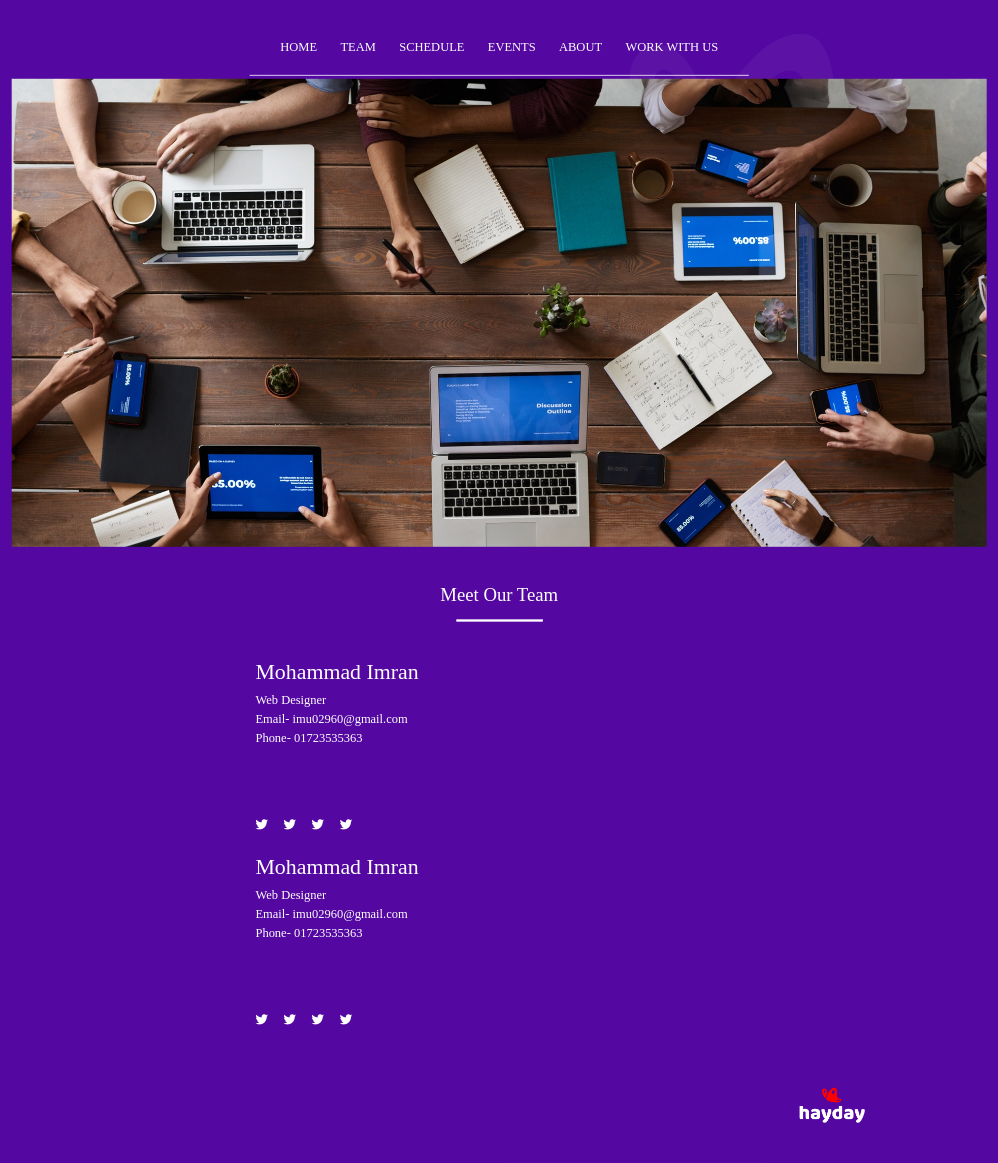
Repository: im1971/company-web
Page: team.html
An editor plug-in stored every save of this project. The page is shown before and after the next save, followed by the edit.
The browser window is 1280 px wide. The pictures show the whole page, at 78% of full size.
Some web fonts or font styles are not loaded; a fallback is used.

Above is the page before, as saved 2020-01-27 17:49:16.

After the next save:
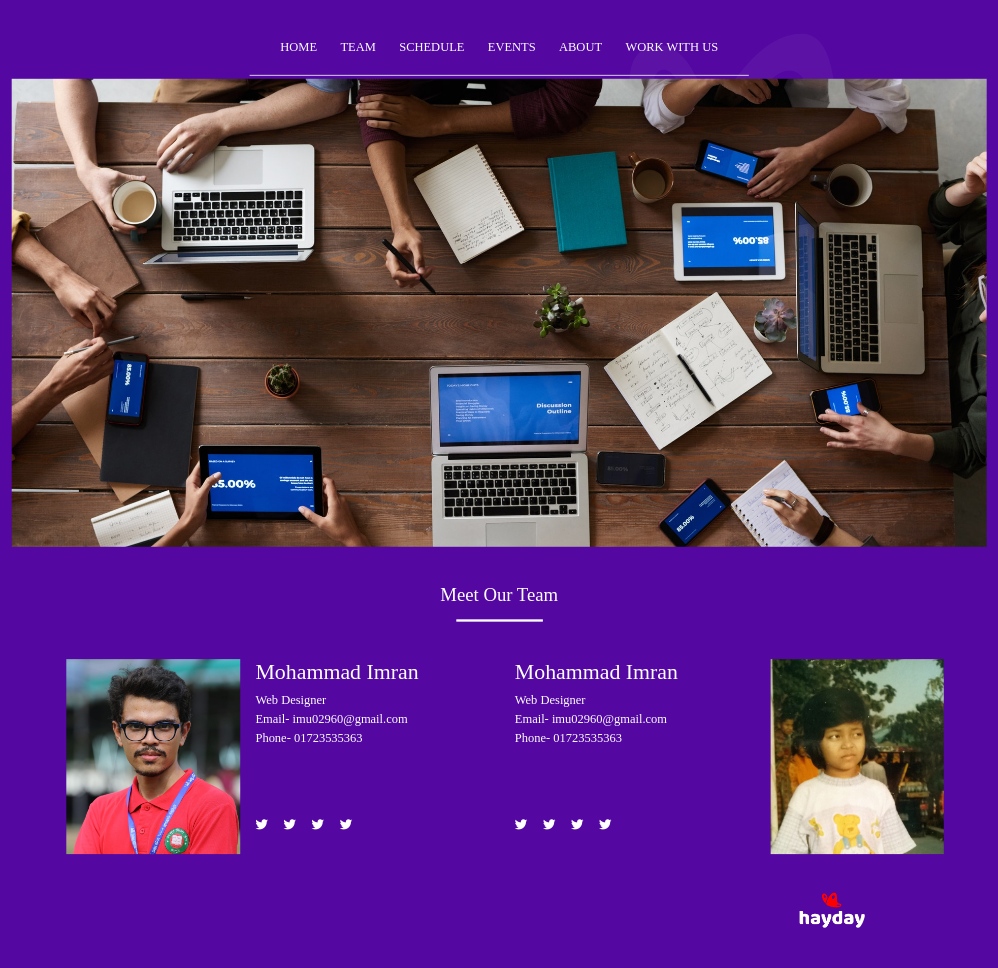
Saved 33 s later.
--- a/team.html
+++ b/team.html
@@ -62,50 +62,46 @@
                     <div class="container">
                         <h4 class="text-center">Meet Our Team</h4>
                         <hr class="custom_hr mb-5">
-                        <div class="team_deco">
-                            <div class="row">
-                                <div class="col-md-6">
-                                    <div class="row">
-                                        <div class="col-md-5 pr-0">
-                                            <div class="team_member_image"></div>
-                                        </div>
-                                        <div class="col-md-7 pl-0">
-                                            <div class="card-body">
-                                                <h3>Mohammad Imran</h3>
-                                                <p>Web Designer</p>
-                                                <p>Email- imu02960@gmail.com</p>
-                                                <p>Phone- 01723535363</p>
-                                                <ul>
-                                                    <li><i class="fab fa-twitter"></i></li>
-                                                    <li><i class="fab fa-twitter"></i></li>
-                                                    <li><i class="fab fa-twitter"></i></li>
-                                                    <li><i class="fab fa-twitter"></i></li>
-                                                </ul>
-                                            </div>
+                        <div class="row team_deco">
+                            <div class="col-md-6">
+                                <div class="row">
+                                    <div class="col-md-5 pr-0">
+                                        <div class="team_member_image_1"></div>
+                                    </div>
+                                    <div class="col-md-7 pl-0">
+                                        <div class="card-body">
+                                            <h3>Mohammad Imran</h3>
+                                            <p>Web Designer</p>
+                                            <p>Email- imu02960@gmail.com</p>
+                                            <p>Phone- 01723535363</p>
+                                            <ul>
+                                                <li><i class="fab fa-twitter"></i></li>
+                                                <li><i class="fab fa-twitter"></i></li>
+                                                <li><i class="fab fa-twitter"></i></li>
+                                                <li><i class="fab fa-twitter"></i></li>
+                                            </ul>
                                         </div>
                                     </div>
                                 </div>
                             </div>
-                            <div class="row">
-                                <div class="col-md-6">
-                                    <div class="row">
-                                        <div class="col-md-5 pr-0">
-                                            <div class="team_member_image"></div>
+                            <div class="col-md-6">
+                                <div class="row">
+                                    <div class="col-md-7 pl-0">
+                                        <div class="card-body">
+                                            <h3>Mohammad Imran</h3>
+                                            <p>Web Designer</p>
+                                            <p>Email- imu02960@gmail.com</p>
+                                            <p>Phone- 01723535363</p>
+                                            <ul>
+                                                <li><i class="fab fa-twitter"></i></li>
+                                                <li><i class="fab fa-twitter"></i></li>
+                                                <li><i class="fab fa-twitter"></i></li>
+                                                <li><i class="fab fa-twitter"></i></li>
+                                            </ul>
                                         </div>
-                                        <div class="col-md-7 pl-0">
-                                            <div class="card-body">
-                                                <h3>Mohammad Imran</h3>
-                                                <p>Web Designer</p>
-                                                <p>Email- imu02960@gmail.com</p>
-                                                <p>Phone- 01723535363</p>
-                                                <ul>
-                                                    <li><i class="fab fa-twitter"></i></li>
-                                                    <li><i class="fab fa-twitter"></i></li>
-                                                    <li><i class="fab fa-twitter"></i></li>
-                                                    <li><i class="fab fa-twitter"></i></li>
-                                                </ul>
-                                            </div>
-                                        </div>
+                                    </div>
+                                    <div class="col-md-5 pr-0">
+                                        <div class="team_member_image_2"></div>
                                     </div>
                                 </div>
                             </div>
